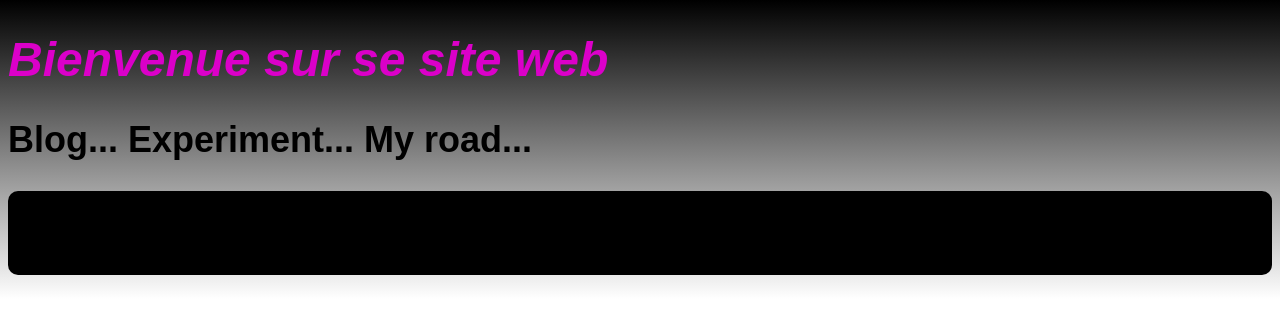
Repository: ValetteEvan/PersonalWebApp
Page: index.html
The author's editor kept a copy of each file at every save. The page is drawn from the files as they stood at one save, then again after a run of saves.
The browser window is 1280 px wide. The pictures show the whole page.

Above is the page before, as saved 2025-01-07 18:07:23.

### index.html
<!DOCTYPE html>
<html>

    <head>
        <meta charset="utf-8" />
        <title>Valette Evan</title>
        <link href="style.css" rel="stylesheet">
        <link href="image/" rel="image">
        <link rel="font_original" href="https://fonts.googleapis.com">
    </head>

    <body>
        <div class="webGlobal">
            <h1>Bienvenue sur se site web</h1>
            <h2>Blog... Experiment... My road...</h2>
                <p class="firstParagraph">Nous sommes actuellement en train de peaufiner notre site pour
                 vous offrir une expérience encore meilleure. Nous vous remercions
                 pour votre patience et votre compréhension pendant cette phase de
                 développement. N'hésitez pas à revenir bientôt pour découvrir toutes nos nouveautés !!
                </p>
        </div>
    </body>
</html>

### style.css

body{

    background-color: rgb(255, 255, 255);
    background: linear-gradient(180deg,rgb(0, 0, 0),#ffffff);
    background-repeat: no-repeat;
    /*background-image: url('image/auto.jpg');*/
    /* background-repeat: no-repeat;*/
}
.webGlobal{
    /*background-color: rgb(36, 36, 36);*/
    font-family:'font_original',sans-serif;
    font-size: 1.5em;
    color: rgb(0, 0, 0);
}

h1 {
   font-style:italic;
    color: rgb(219, 0, 201);
    /*text-decoration: underline;*/
}

.firstParagraph {

    background-color: black;
    border-radius: 10px;
}

After the next 2 saves:
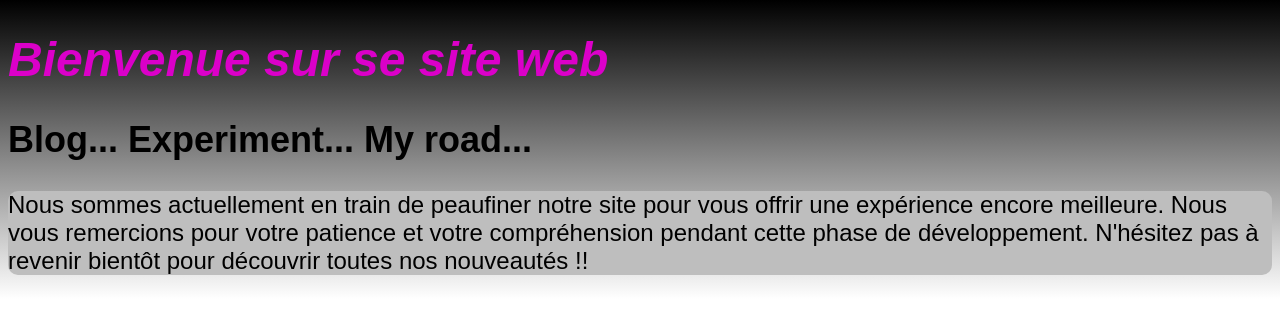
The 2 saves are shown as one change because they came seconds apart.
The last was saved 6 s later.
--- a/style.css
+++ b/style.css
@@ -22,6 +22,6 @@ h1 {
 
 .firstParagraph {
 
-    background-color: black;
+    background-color: rgb(190, 190, 190);
     border-radius: 10px;
 }
